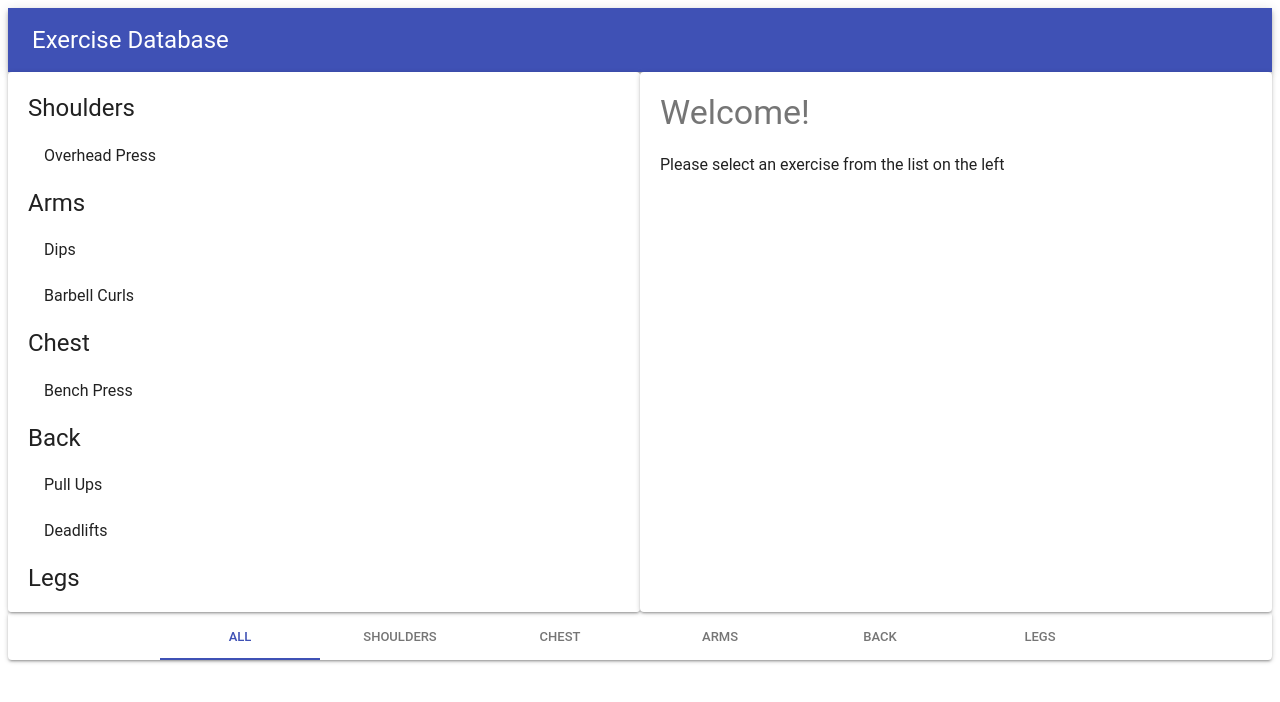
Repository: Votex874/material-ui
Page: /
The author's editor kept a copy of each file at every save. The page is drawn from the files as they stood at one save, then again after the next save.
The browser window is 1280 px wide. The pictures show the whole page.
An inner scrolling area shows only its first screen. The project was rebuilt for these pictures with package versions that can differ from the ones it lists, and the page was loaded fresh each time.

Above is the page before, as saved 2019-03-24 14:15:46.

After the next save:
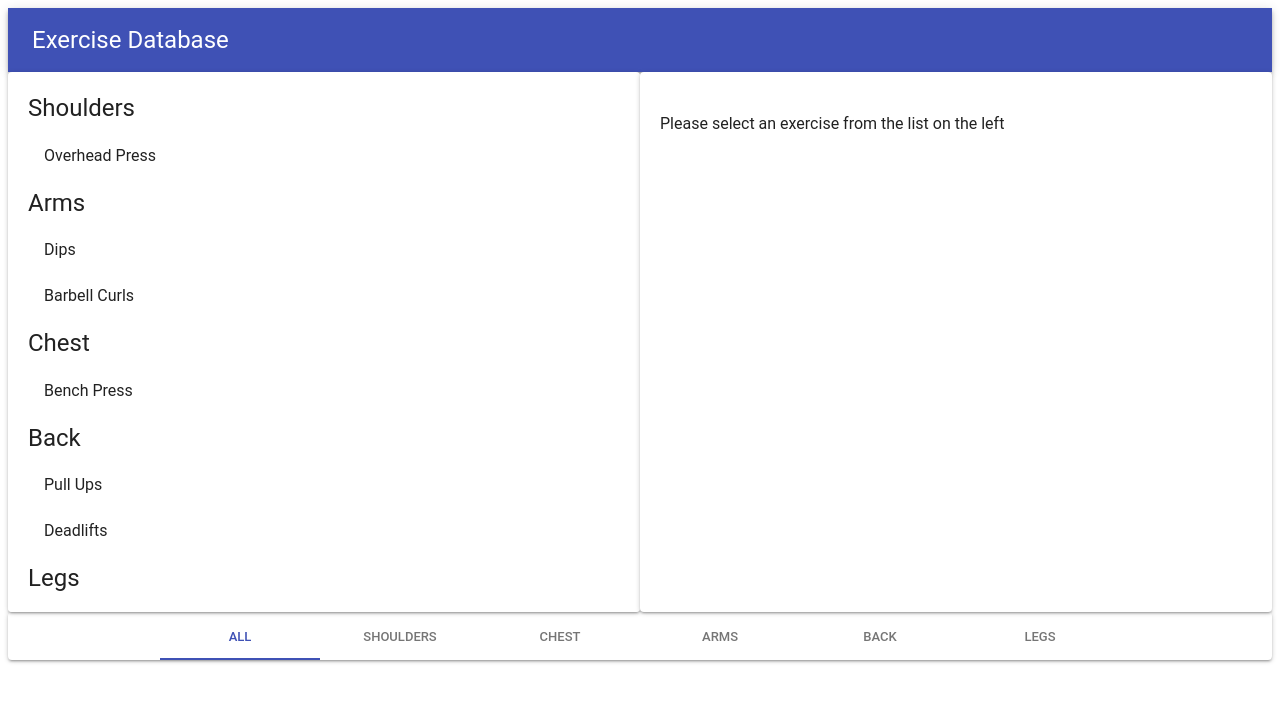
Saved 76 s later.
--- a/src/Components/Exercises/index.js
+++ b/src/Components/Exercises/index.js
@@ -12,7 +12,7 @@ const style = {
 
 export default ({
   exercises, category, onSelect,
-  exercise: {id, title, description }
+  exercise: { id, title = 'Welcome!', description }
   }) =>
   <Grid container>
     <Grid item sm>
@@ -50,7 +50,7 @@ export default ({
         <Typography
           variant='display1'
         >
-          Welcome!
+
         </Typography>
         <Typography
           variant='subheading'
